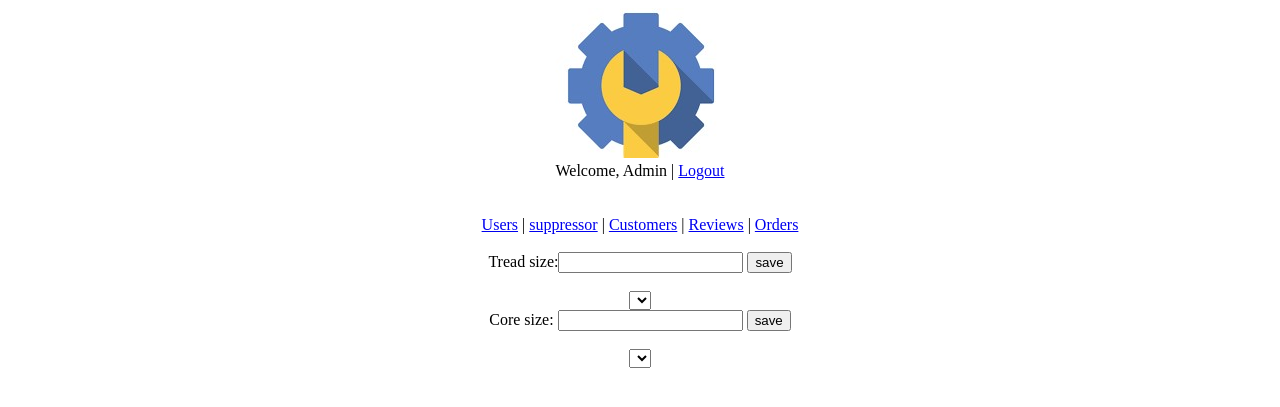
Repository: RezaEftekharzadeh/frey
Page: http://localhost/SilencerStoreProject/admin/silencer_form.jsp
An editor plug-in stored every save of this project. The page is shown before and after the next save, followed by the edit.
The browser window is 1280 px wide. The pictures show the whole page.
The page is served by Tomcat 9. Nobody is signed in. The application's start-up code is not run.

Above is the page before, as saved 2020-08-10 06:41:39.

After the next save:
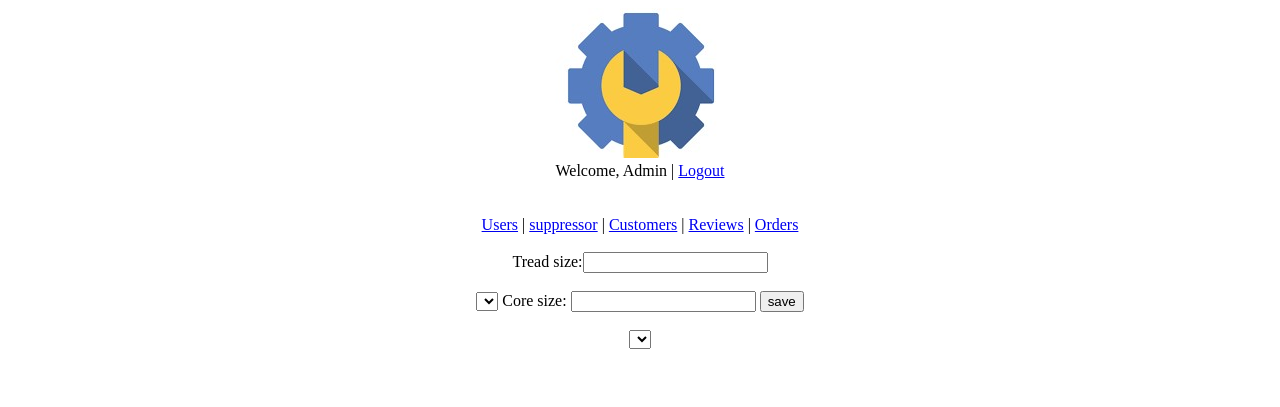
Saved 58 s later.
--- a/SilencerStoreProject/WebContent/admin/silencer_form.jsp
+++ b/SilencerStoreProject/WebContent/admin/silencer_form.jsp
@@ -10,11 +10,10 @@
 <jsp:include page="header.jsp" />
 &nbsp;&nbsp;&nbsp;&nbsp;&nbsp;&nbsp;
 	<div align="center">
-		<form action="create_silencer_tread" method="post">
+		<form action="create_silencer" method="post">
 
 			Tread size:<input type="text" name="tread">
 
-			<input type="submit" value="save">
 
 			<br/><br/>
 
@@ -22,12 +21,6 @@
 				<option value>
 
 			</select>
-
-
-
-		</form>
-		<form action="create_silencer_core" method="post">
-
 
 			Core size: <input type="text" name="core">
 
@@ -41,7 +34,6 @@
 			</select>
 
 
-
 		</form>
 	</div>
 
